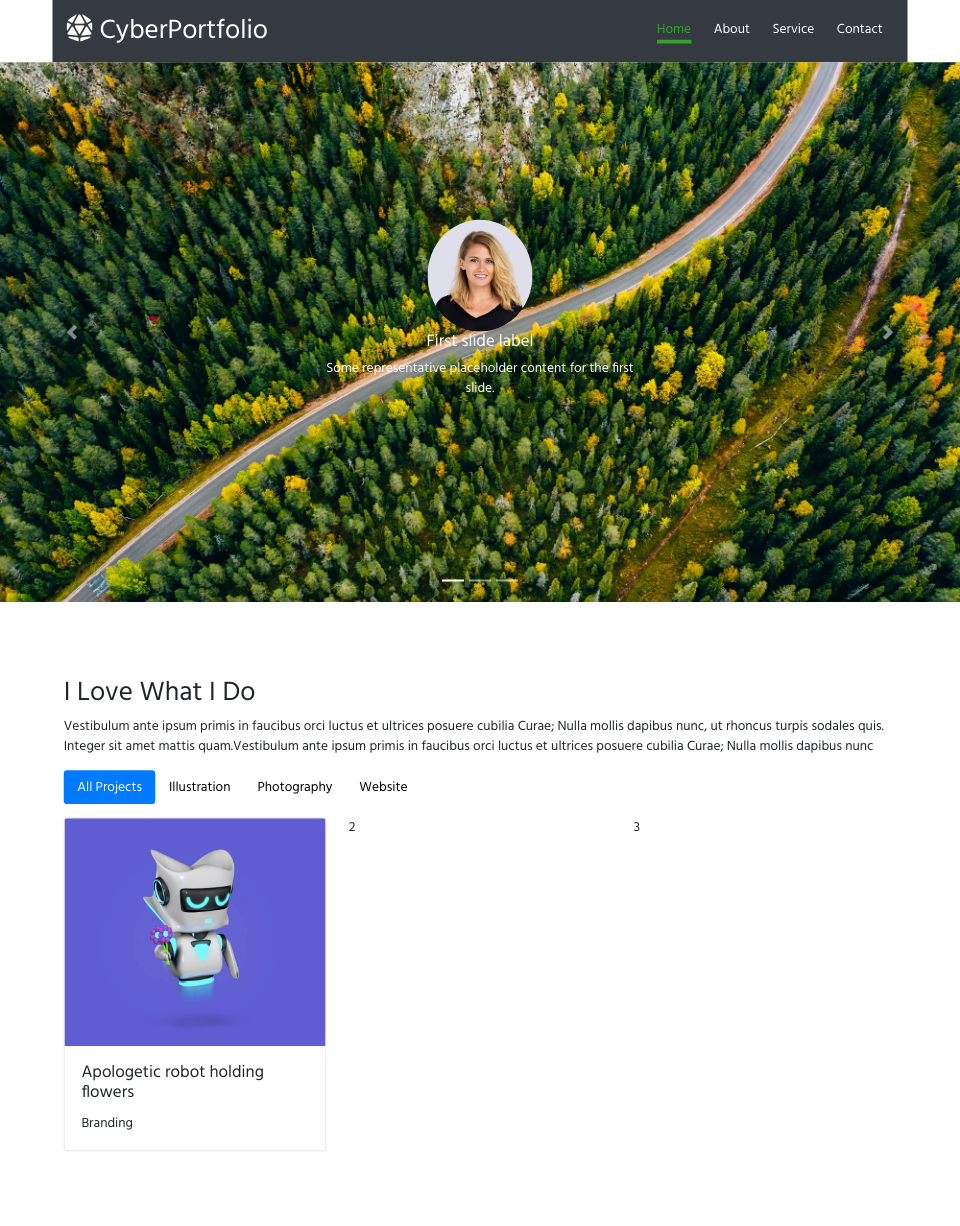
Repository: thanhfrankie/portfolio
Page: index.html
The author's editor kept a copy of each file at every save. The page is drawn from the files as they stood at one save, then again after a run of saves.
The browser window is 1280 px wide. The pictures show the whole page, at 75% of full size.

Above is the page before, as saved 2023-11-30 09:37:35.

After the next 2 saves:
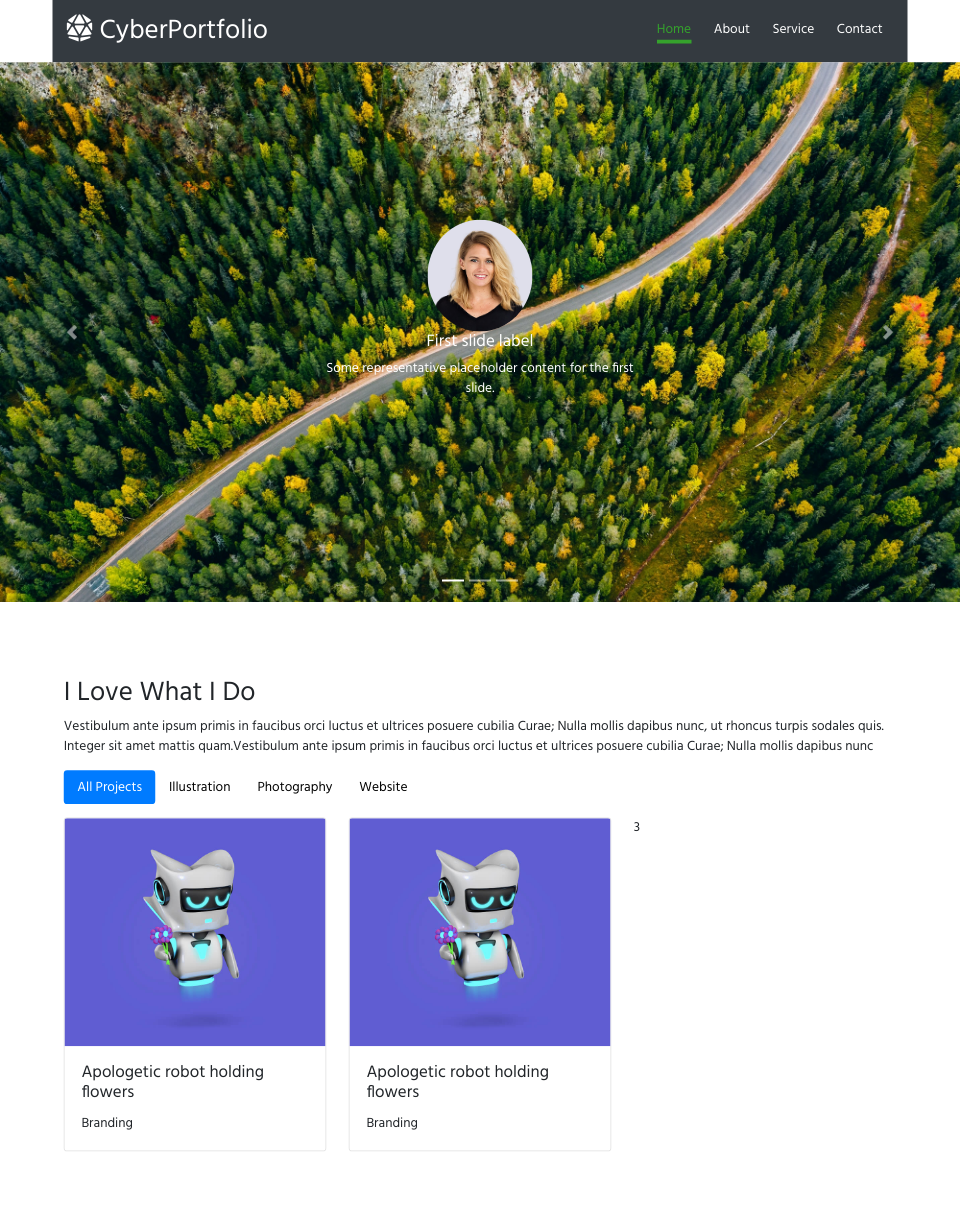
The 2 saves are shown as one change because they came seconds apart.
The last was saved 19 s later.
--- a/index.html
+++ b/index.html
@@ -136,7 +136,16 @@
                   </div>
                 </div>
               </div>
-              <div class="col-4">2</div>
+              <div class="col-4">
+                <div class="card">
+                  <img src="./img/g1.jpg" class="card-img-top" alt="...">
+                  <div class="card-body">
+                    <h5 class="card-title">Apologetic robot holding flowers</h5>
+                    <p class="card-text">Branding</p>
+                  </div>
+                </div>
+
+              </div>
               <div class="col-4">3</div>
              </div>
             </div>
